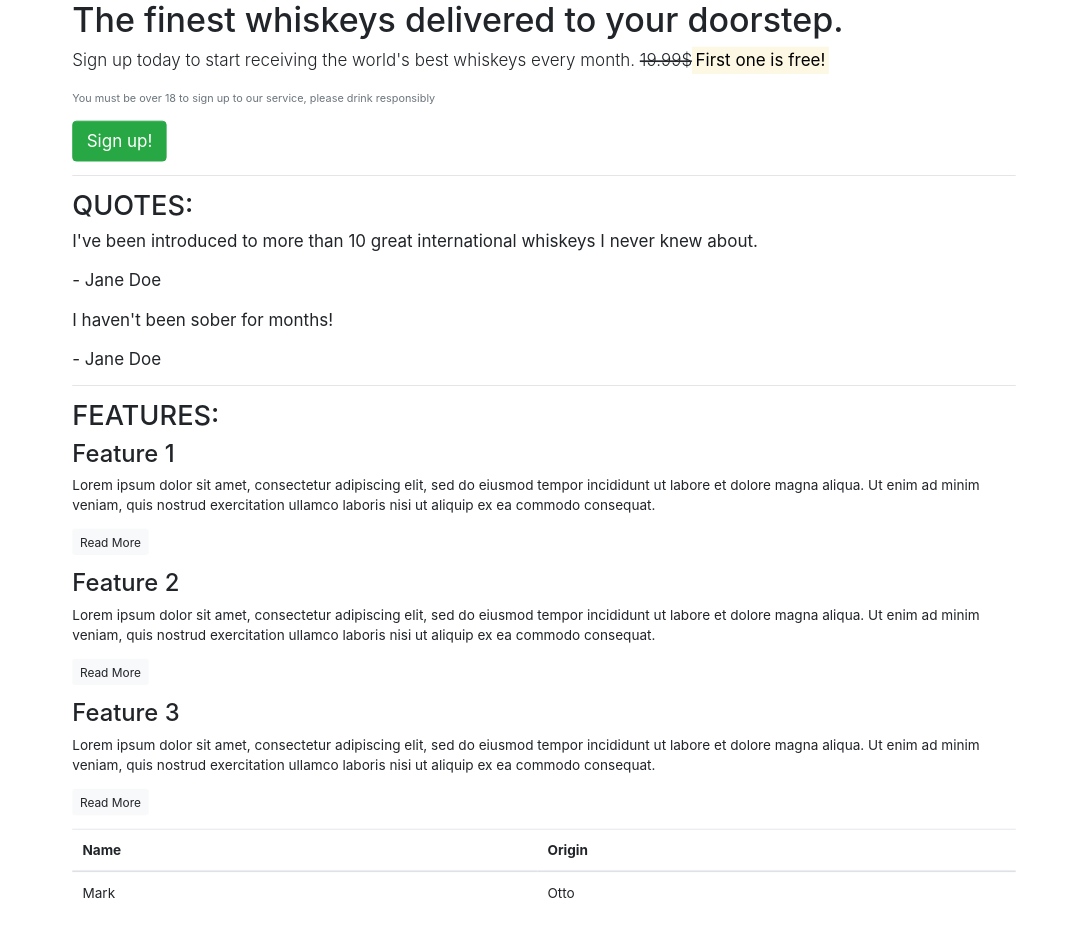
Repository: cipsim/bootstrap2.0
Page: index.html
The author's editor kept a record of every edit. The page is drawn from the files as they stood at one moment, then again after the next edit.
The browser window is 1280 px wide. The pictures show the whole page, at 85% of full size.

Above is the page before.

After the next edit:
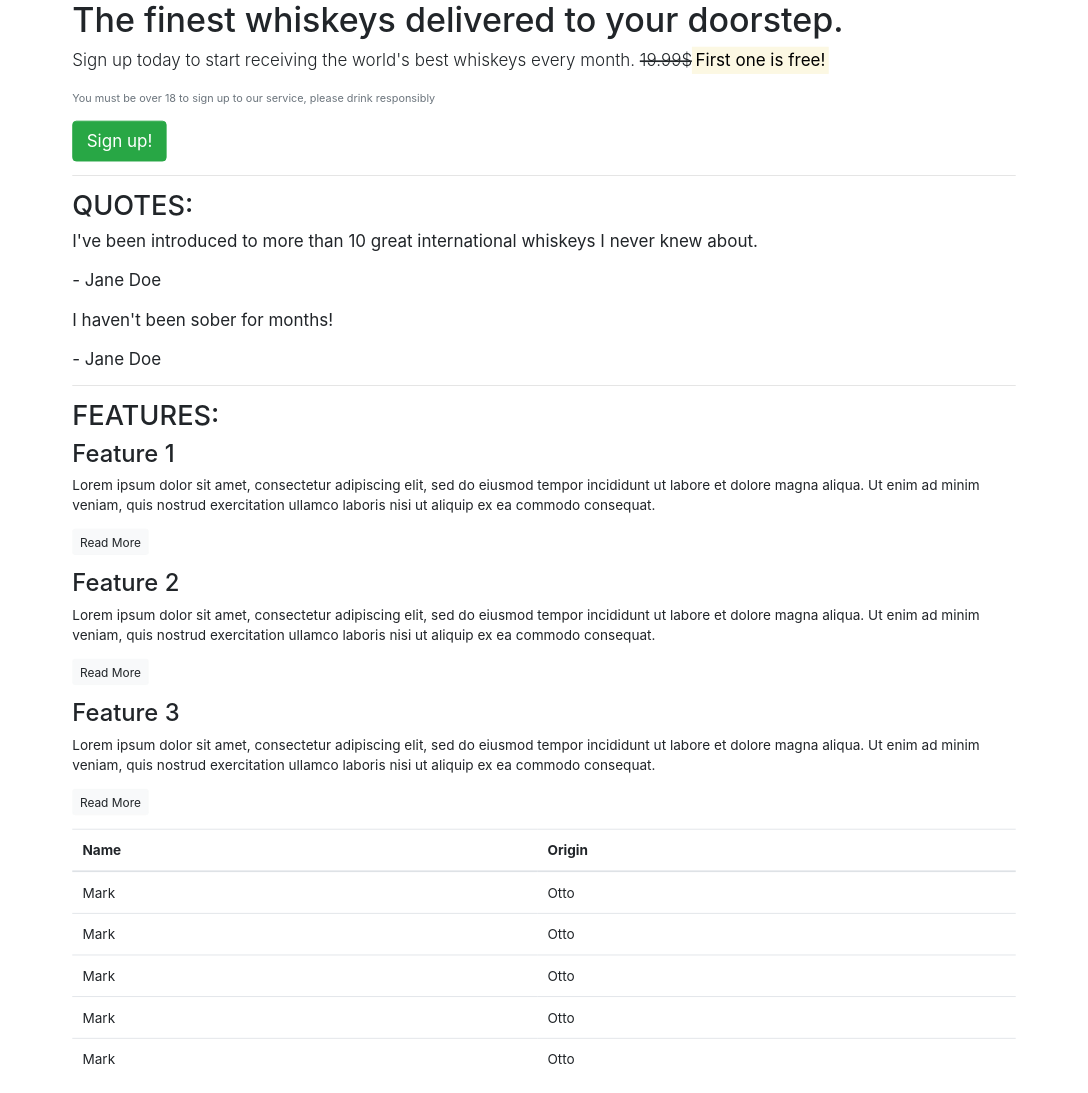
The edit:
--- a/index.html
+++ b/index.html
@@ -69,6 +69,23 @@
     <tr>
         <td>Mark</td>
       <td>Otto</td>
+      </tr>
+      <tr>
+        <td>Mark</td>
+      <td>Otto</td>
+      </tr>
+      <tr>
+        <td>Mark</td>
+      <td>Otto</td>
+      </tr>
+      <tr>
+        <td>Mark</td>
+      <td>Otto</td>
+      </tr>
+      <tr>
+        <td>Mark</td>
+      <td>Otto</td>
+      </tr>
             </section>
     </article>
 </body>
